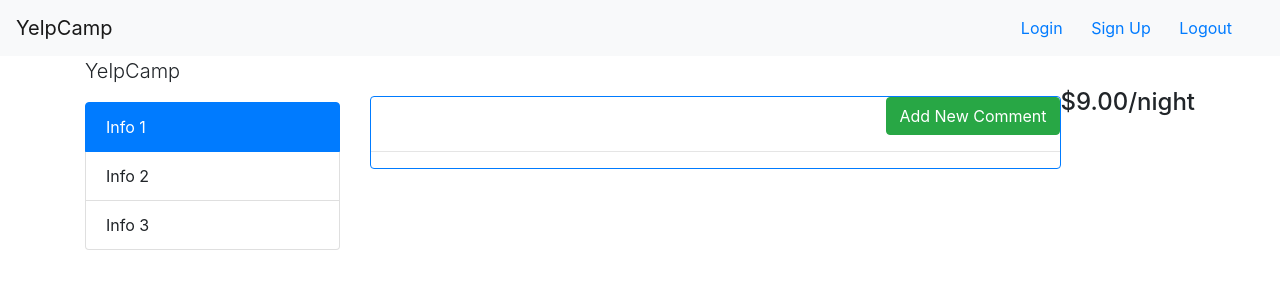
Repository: manojsatya/YelpCamp
Page: views/campgrounds/show.ejs
These files come from the project's save history. The page is drawn as it stood at one moment and after the next save; the edit follows.
The browser window is 1280 px wide. The pictures show the whole page.
The page is served by the project's Node server (app.js). The template is opened directly, without the code that normally fills it, so the values that code supplies are empty.

Above is the page before, as saved 2019-06-20 19:52:44.
Console error: TypeError: Cannot read properties of undefined (reading 'fn')

After the next save:
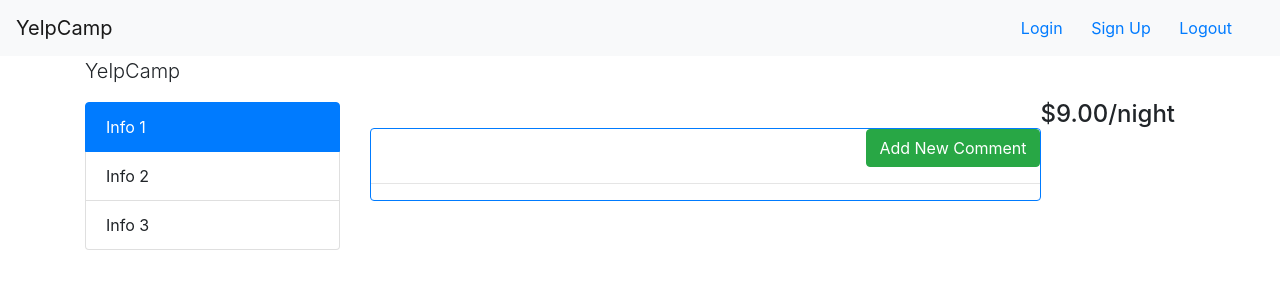
Saved 70 s later.
--- a/views/campgrounds/show.ejs
+++ b/views/campgrounds/show.ejs
@@ -13,7 +13,7 @@
         <div class="col-md-9">
             <div class="thumbnail">
                 <img class = "card-img" src="<%= campground.image %>" alt="">
-                <div class="caption-full mb-3">
+                <div class="card-body">
                     <h4 class="float-right">$9.00/night</h4>
                     <h4><a href=""><%= campground.name %></a></h4>
                     <p class="card-text"> <%= campground.description%> </p>
